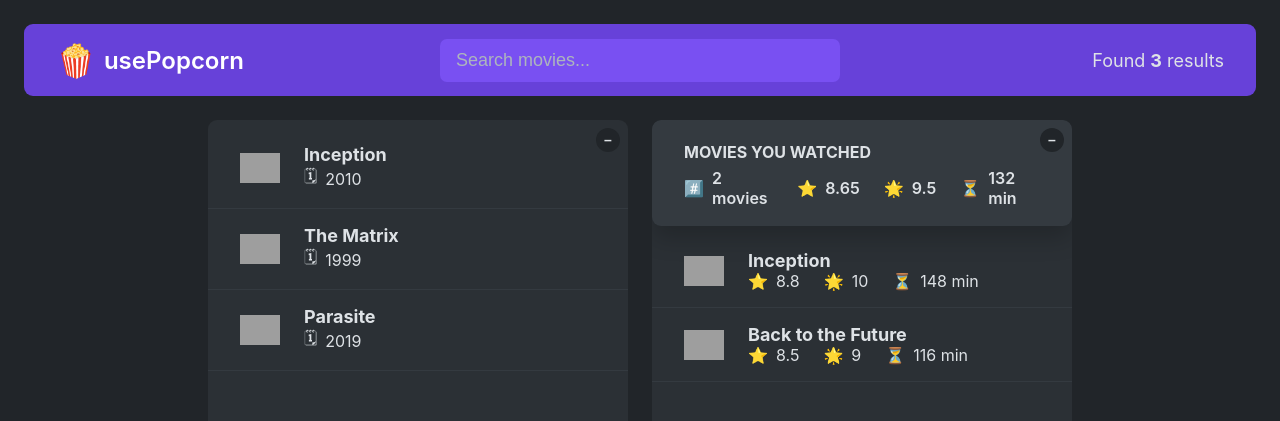
Repository: echoyol/07-usepopcorn
Page: /
These files come from the project's save history. The page is drawn as it stood at one moment and after the next save; the edit follows.
The browser window is 1280 px wide. The pictures show the whole page.
Pictures or frames that could not be fetched are drawn as grey boxes. The project was rebuilt for these pictures with package versions that can differ from the ones it lists, and the page was loaded fresh each time.

Above is the page before, as saved 2023-07-06 10:48:42.

After the next save:
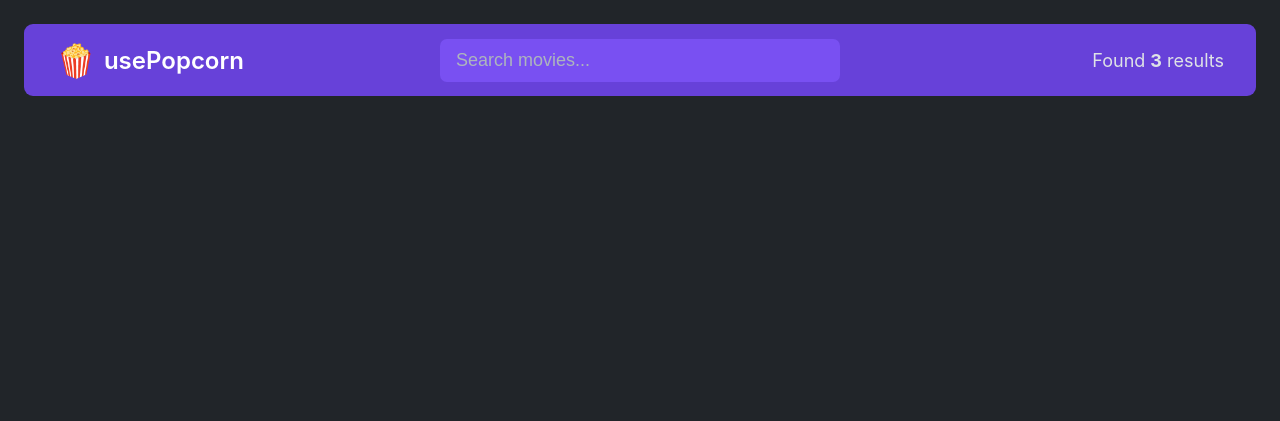
Saved 3 min 52 s later.
--- a/src/App.js
+++ b/src/App.js
@@ -62,7 +62,7 @@
         <NumResults movies={movies} />
       </NavBar>
       <Main>
-        <Box>
+        {/* <Box>
           <MovieList movies={movies} />
         </Box>
         <Box>
@@ -70,7 +70,7 @@
             <WatchedSummary watched={watched} />
             <WatchedMovieList watched={watched} />
           </>
-        </Box>
+        </Box> */}
       </Main>
     </>
   )
@@ -111,7 +111,7 @@
   return <main className='main'>{children}</main>
 }
 
-function Box({ children }) {
+function Box({ element }) {
   const [isOpen, setIsOpen] = useState(true)
   return (
     <div className='box'>
@@ -122,7 +122,7 @@
         {isOpen ? '–' : '+'}
       </button>
 
-      {isOpen && children}
+      {isOpen && element}
     </div>
   )
 }

After the save that followed:
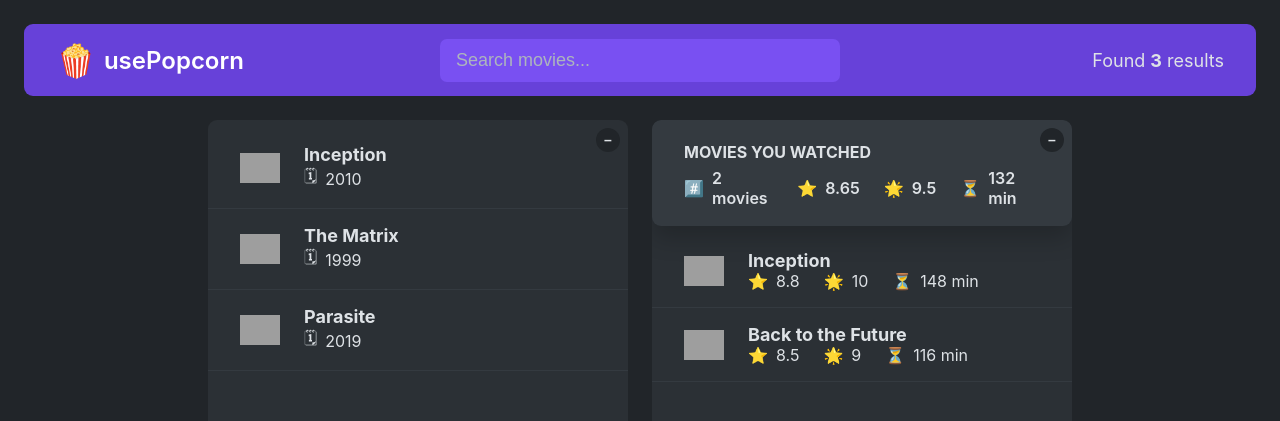
Saved 8 min 3 s later.
--- a/src/App.js
+++ b/src/App.js
@@ -62,7 +62,16 @@
         <NumResults movies={movies} />
       </NavBar>
       <Main>
-        {/* <Box>
+        {/* <Box element={<MovieList movies={movies} />} />
+        <Box
+          element={
+            <>
+              <WatchedSummary watched={watched} />
+              <WatchedMovieList watched={watched} />
+            </>
+          }
+        /> */}
+        <Box>
           <MovieList movies={movies} />
         </Box>
         <Box>
@@ -70,7 +79,7 @@
             <WatchedSummary watched={watched} />
             <WatchedMovieList watched={watched} />
           </>
-        </Box> */}
+        </Box>
       </Main>
     </>
   )
@@ -111,7 +120,7 @@
   return <main className='main'>{children}</main>
 }
 
-function Box({ element }) {
+function Box({ children }) {
   const [isOpen, setIsOpen] = useState(true)
   return (
     <div className='box'>
@@ -122,7 +131,7 @@
         {isOpen ? '–' : '+'}
       </button>
 
-      {isOpen && element}
+      {isOpen && children}
     </div>
   )
 }
